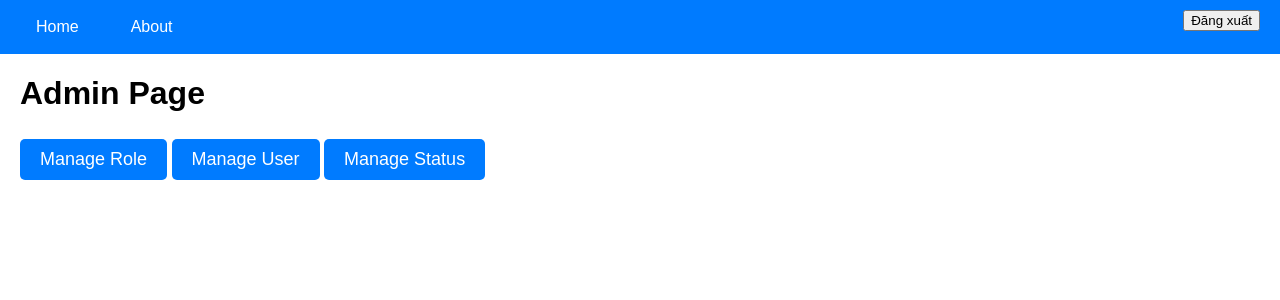
Repository: Loc2804/LTM
Page: http://localhost/RestaurantProject/WelcomeAdmin.jsp
The author's editor kept a copy of each file at every save. The page is drawn from the files as they stood at one save, then again after the next save.
The browser window is 1280 px wide. The pictures show the whole page.
The page is served by Tomcat 10. Other server files are loaded and not shown.

Above is the page before, as saved 2024-12-07 17:27:27.

### RestaurantProject/src/main/webapp/WelcomeAdmin.jsp
<%@page import="Model.BEAN.User"%>
<%@ page language="java" contentType="text/html; charset=UTF-8"
    pageEncoding="UTF-8"%>
<!DOCTYPE html>
<html>
<head>
<meta charset="UTF-8">
<title>Admin Page</title>
<style>
    body {
        font-family: Arial, sans-serif;
        margin: 0;
        padding: 0;
    }
    .navbar {
        background-color: #007BFF; /* Màu xanh chủ đạo */
        overflow: hidden;
        display: flex;
        justify-content: space-between;
        padding: 10px 20px;
    }
    .navbar a {
        color: white;
        text-decoration: none;
        padding: 8px 16px;
        font-size: 16px;
    }
    .navbar a:hover {
        background-color: #0056b3; /* Màu xanh đậm hơn khi hover */
        border-radius: 4px;
    }
    .links {
        display: flex;
        gap: 20px;
    }
    .content {
        margin: 20px;
    }
    .content a {
        display: inline-block;
        background-color: #007BFF; /* Màu nền xanh chủ đạo */
        color: white;
        text-decoration: none;
        padding: 10px 20px;
        border-radius: 5px;
        margin: 5px 0;
        font-size: 18px;
    }
    .content a:hover {
        background-color: #0056b3; /* Màu nền xanh đậm hơn khi hover */
    }
    .btn-logout {
        background-color: #007BFF; /* Màu nền xanh chủ đạo */
        color: white; /* Màu chữ */
        text-decoration: none;
        padding: 10px 20px; /* Khoảng cách bên trong */
        border: none; /* Bỏ viền */
        border-radius: 5px; /* Bo góc */
        font-size: 18px; /* Kích thước chữ */
        cursor: pointer; /* Thay đổi con trỏ khi hover */
    }

    .btn-logout:hover {
        background-color: #0056b3; /* Màu nền xanh đậm hơn khi hover */
    }

    .btn-logout:focus {
        outline: none; /* Bỏ viền focus mặc định */
    }
</style>
</head>
<body>
    <div class="navbar">
        <div class="links">
            <a href="WelcomeUser.jsp">Home</a>
            <a href="WelcomeAdmin.jsp">About</a>
        </div>
        <%
        	User user = (User) session.getAttribute("user");
        	if(user != null && user.getRole() != null){
        %>
        <div>
            <a href="Login.jsp">Đăng nhập</a>
            <a href="Register.jsp">Đăng ký</a>
        </div>
        <% }
        	else{
        %>
        <form action="Authcontroller" method="post">
        	<div>
            	<button type="submit">Đăng xuất</button>
            	<input class="btn-logout" type="hidden" value="logout" name="action">
        	</div>
        </form>
        <%
        	}
        %>
    </div>

    <div class="content">
        <h1>Admin Page</h1>
        <a href="ManageRole.jsp">Manage Role</a>
        <a href="ManageUser.jsp">Manage User</a>
        <a href="ManageStatus.jsp">Manage Status</a>
    </div>
</body>
</html>

After the next save:
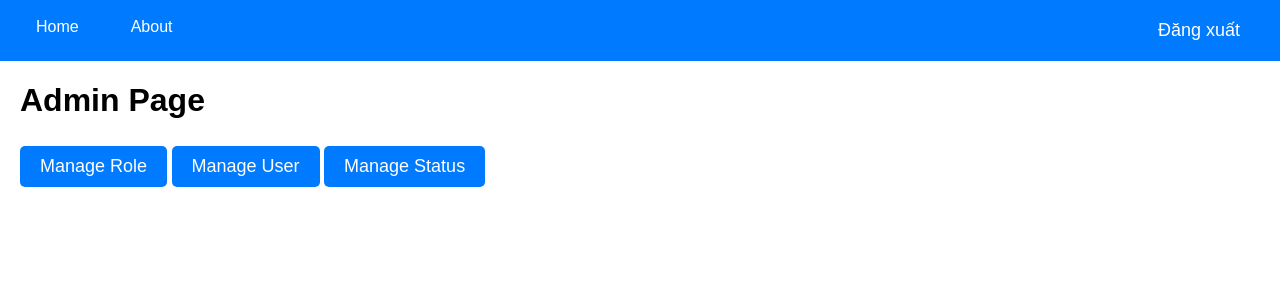
Saved 55 s later.
--- a/RestaurantProject/src/main/webapp/WelcomeAdmin.jsp
+++ b/RestaurantProject/src/main/webapp/WelcomeAdmin.jsp
@@ -88,8 +88,8 @@
         %>
         <form action="Authcontroller" method="post">
         	<div>
-            	<button type="submit">Đăng xuất</button>
-            	<input class="btn-logout" type="hidden" value="logout" name="action">
+            	<button class="btn-logout" type="submit">Đăng xuất</button>
+            	<input  type="hidden" value="logout" name="action">
         	</div>
         </form>
         <%
